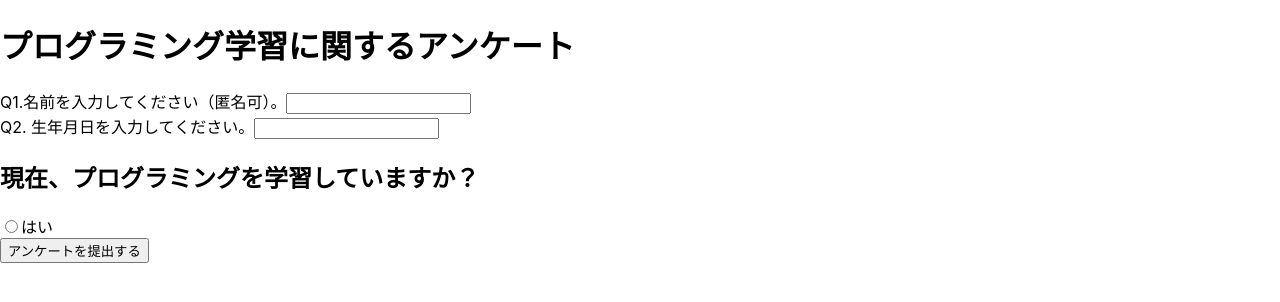
Repository: osho210/quetionnaire
Page: /
These files come from the project's save history. The page is drawn as it stood at one moment and after the next save; the edit follows.
The browser window is 1280 px wide. The pictures show the whole page.
The project was rebuilt for these pictures with package versions that can differ from the ones it lists, and the page was loaded fresh each time. The framework's server and built-in components were replaced by stand-ins that run in the browser. Also part of the build but not shown: next.config.js.

Above is the page before, as saved 2022-08-15 18:08:02.

### pages/index.js
import { useForm } from "react-hook-form";

export default function Home() {
  const { register, handleSubmit } = useForm()

  const submitBtn = (inputText) => {
    console.log(inputText);
  }
  return (
    <>
      <h1>プログラミング学習に関するアンケート</h1>
      <form onSubmit={handleSubmit(submitBtn)}>
        <div>
          <label htmlFor="name">Q1.名前を入力してください（匿名可）。</label>
          <input id="name" {...register("name")} />
        </div>
        <div>
          <label htmlFor="birthYear">Q2. 生年月日を入力してください。</label>
          <input id="birthYear" {...register("birthYear")} />
        </div>
        <div>
          <h2>現在、プログラミングを学習していますか？</h2>
          <input
            id="isLarning1"
            type="radio"
            name="isLarning"
            value="true"
            {...register('choise1', { required: true })}
          />
          <label htmlFor="isLarning1">はい</label>
        </div>
        <input type="submit" value="アンケートを提出する" />
      </form>
    </>
  )
}

Loaded but not shown: pages/_app.js (common file); styles/globals.css (common file)

After the next save:
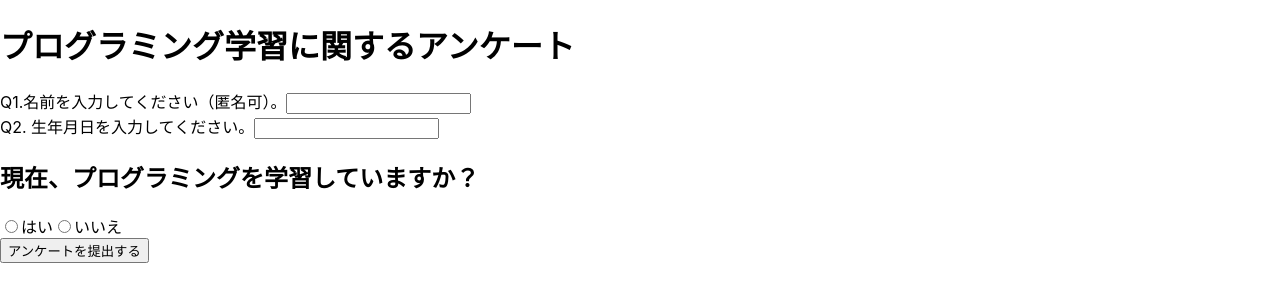
Saved 21 s later.
--- a/pages/index.js
+++ b/pages/index.js
@@ -28,6 +28,14 @@ export default function Home() {
             {...register('choise1', { required: true })}
           />
           <label htmlFor="isLarning1">はい</label>
+          <input
+            id="isLarning2"
+            type="radio"
+            name="isLarning"
+            value="true"
+            {...register('choise1', { required: true })}
+          />
+          <label htmlFor="isLarning2">いいえ</label>
         </div>
         <input type="submit" value="アンケートを提出する" />
       </form>
